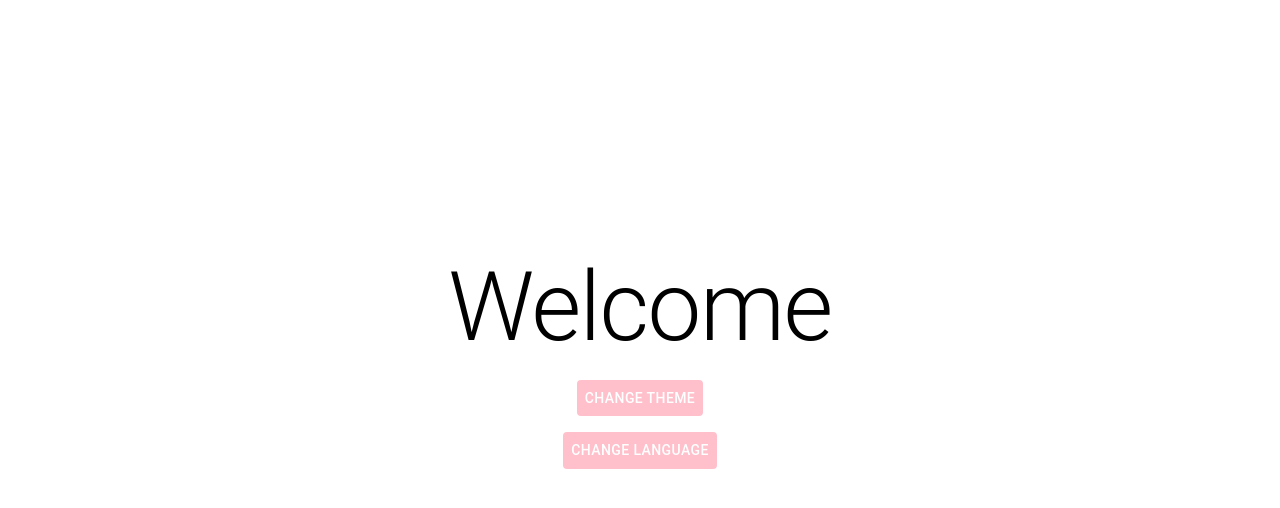
Repository: savannaaaas/contextLanguageTheme
Page: /
The author's editor kept a copy of each file at every save. The page is drawn from the files as they stood at one save, then again after the next save.
The browser window is 1280 px wide. The pictures show the whole page.
The project was rebuilt for these pictures with package versions that can differ from the ones it lists, and the page was loaded fresh each time. Also part of the build but not shown: vite.config.js.

Above is the page before, as saved 2025-07-11 17:38:25.

After the next save:
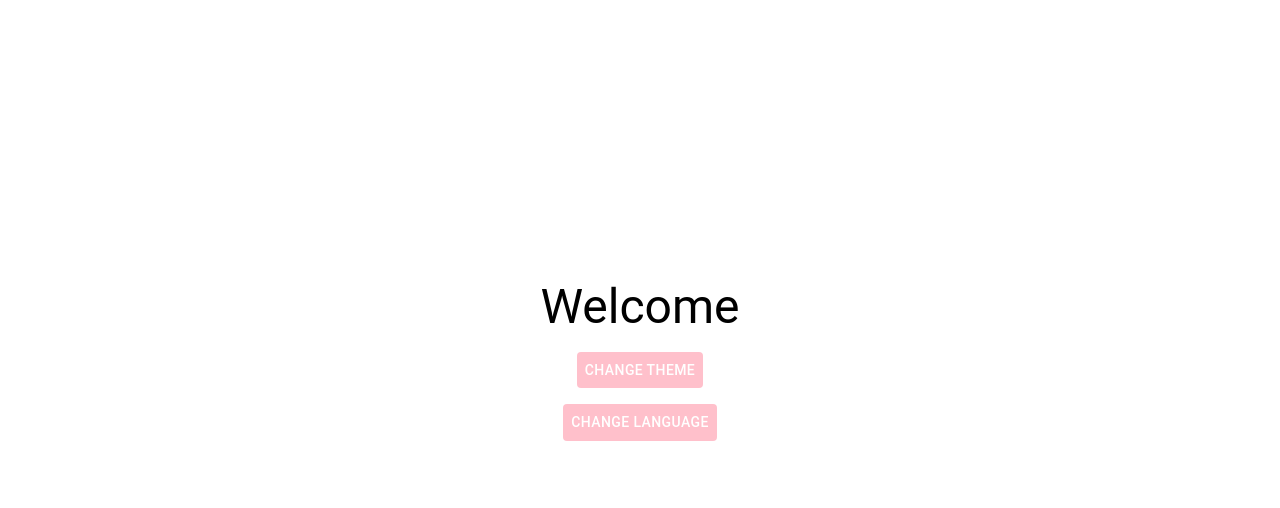
Saved 16 s later.
--- a/src/components/Header.jsx
+++ b/src/components/Header.jsx
@@ -18,7 +18,7 @@ export const Header = () => {
   const { language } = useContext(LanguageContext);
   return (
     <Typography
-      variant="h1"
+      variant="h3"
       style={{ color: theme === "light" ? "black" : "white" }}
     >
       {translations[language].welcome}
